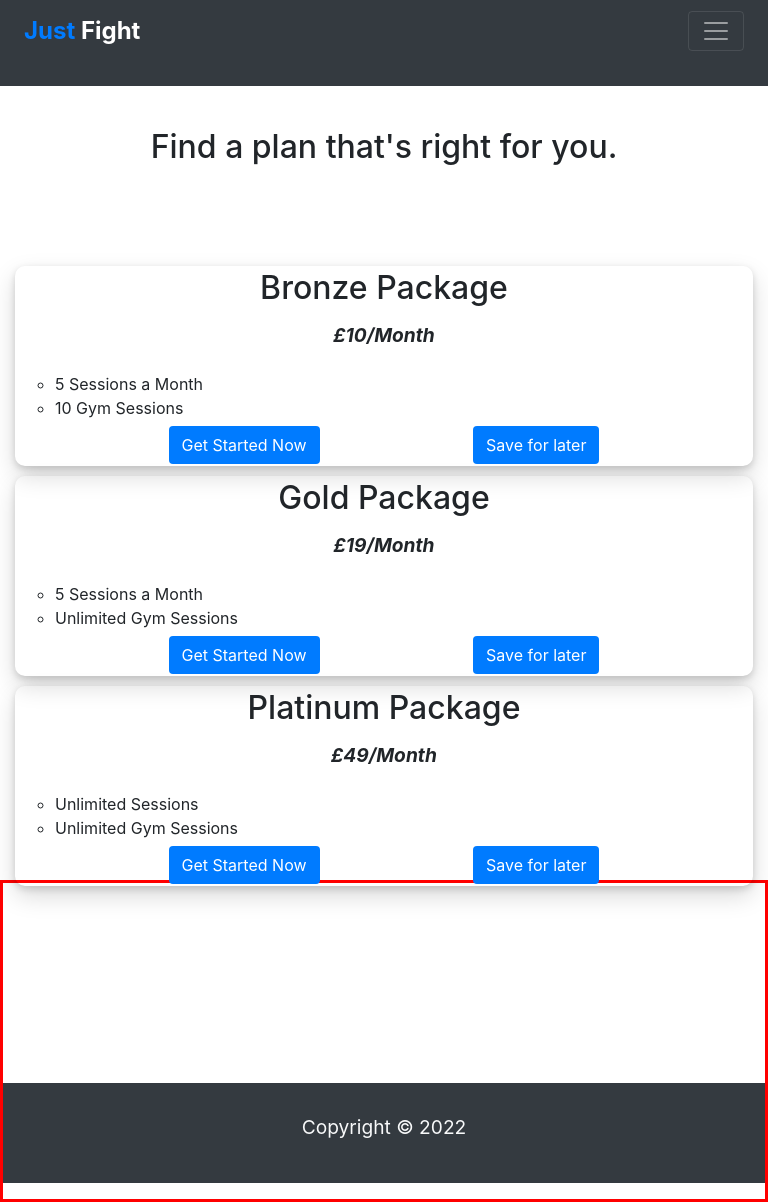
Repository: IonPara/Just-Fight
Page: plans.html
An editor plug-in stored every save of this project. The page is shown before and after the next save, followed by the edit.
The browser window is 768 px wide. The pictures show the whole page.
Some web libraries are served in a nearby version.

Above is the page before, as saved 2023-03-13 16:46:49.

### plans.html
<!DOCTYPE html>
<html lang="en">

<head>
  <meta charset="utf-8">
  <meta name="viewport" content="width=device-width, initial-scale=1.0">
  <title>Join Club</title>
  <link href="./Styles/plans.css" rel="stylesheet" type="text/css">
  <!-- Bootstrap link -->
  <link rel="stylesheet" href="https://cdn.jsdelivr.net/npm/bootstrap@4.2.1/dist/css/bootstrap.min.css"
    integrity="sha384-GJzZqFGwb1QTTN6wy59ffF1BuGJpLSa9DkKMp0DgiMDm4iYMj70gZWKYbI706tWS" crossorigin="anonymous">
</head>

<body>
  <header>
    <!-- ------------Nav bar ------------------------>
    <nav class="navbar navbar-expand-lg navbar-dark bg-dark fixed-top">
      <div class="container pb-4">
        <a class="navbar-brand " id="brand" href="./index.html"><span class="text-primary">Just </span> Fight</a>
        <button class="navbar-toggler" type="button" data-toggle="collapse" data-target="#navbarSupportedContent"
          aria-controls="navbarSupportedContent" aria-expanded="false" aria-label="Toggle navigation">
          <span class="navbar-toggler-icon"></span>
        </button>
      </div>

      <div class="collapse navbar-collapse" id="navbarSupportedContent">
        <ul class="navbar-nav justify-content-end">
          <li class="nav-item">
            <a class="nav-link" href="./index.html">Home</a>
          </li>
          <li class="nav-item">
            <a class="nav-link" href="./index.html#ourClasses">Classes</a>
          </li>
          <li class="nav-item">
            <a class="nav-link" href="./index.html#openingHours">Opening</a>
          </li>
          <li class="nav-item">
            <a class="nav-link" href="./index.html#coaches">Coaches</a>
          </li>
          <li class="nav-item">
            <a class="nav-link" href="./index.html#contact">Contact</a>
          </li>
          <li class="nav-item">
            <a class="nav-link" href="./about.html">About</a>
          </li>
          <li class="nav-item">
            <a class="nav-link" href="./review.html">Review</a>
          </li>

        </ul>
      </div>
    </nav>
  </header>

  <!-- Plans -->
  <div class="plans-container  d-flex flex-column jusify-between">

    <section class="pricing-table">
      <div class="head text-center">
        <h1 class="plans-title pt-5">Find a plan that's right for you.</h1>
      </div>
      <!-- First Box -->
      <div class="mt-5">
        <ul class="container plans">
          <li class="package">
            <h2 class="table-header">Bronze Package</h2>
            <p class="pricing text-center">£10/Month</p>
            <ul class="table-option">
              <li>5 Sessions a Month</li>
              <li>10 Gym Sessions</li>
            </ul>

            <div class="d-flex buttons-container">
              <button type="button" class="btn  bg-primary text-white">Get Started Now</button>
              <button type="button" class="bronze btn bg-primary text-white save-for-later">Save for later</button>
            </div>
          </li>

          <!-- Second -->
          <li class="package ">
            <h2 class="table-header">Gold Package</h2>
            <p class="pricing text-center">£19/Month</p>
            <ul class="table-option">
              <li>5 Sessions a Month</li>
              <li>Unlimited Gym Sessions</li>
            </ul>

            <div class="d-flex buttons-container">
              <button type="button" class=" btn  bg-primary text-white">Get Started Now</button>
              <button type="button" class=" gold btn bg-primary text-white save-for-later">Save for later</button>
            </div>
          </li>

          <!-- Third Box -->
          <li class="package ">
            <h2 class="table-header">Platinum Package</h2>
            <p class="pricing text-center">£49/Month</p>
            <ul class="options">
              <li>Unlimited Sessions</li>
              <li>Unlimited Gym Sessions</li>
            </ul>

            <div class="d-flex buttons-container">
              <button type="button" class="btn  bg-primary text-white">Get Started Now</button>
              <button type="button" class=" platinum btn bg-primary text-white save-for-later">Save for later</button>
            </div>
          </li>

        </ul>
      </div>
    </section>
  </div>
  <!-- Footer -->
  <div class="footer-container">
    <footer class="bg-dark plans-footer text-center text-light ">
      <p>Copyright &copy; 2022</p>
    </footer>
  </div>
  <script defer src="./Js/plans.js"></script>
  <script src="https://code.jquery.com/jquery-3.3.1.slim.min.js"
    integrity="sha384-q8i/X+965DzO0rT7abK41JStQIAqVgRVzpbzo5smXKp4YfRvH+8abtTE1Pi6jizo"
    crossorigin="anonymous"></script>
  <script src="https://cdn.jsdelivr.net/npm/popper.js@1.14.6/dist/umd/popper.min.js"
    integrity="sha384-wHAiFfRlMFy6i5SRaxvfOCifBUQy1xHdJ/yoi7FRNXMRBu5WHdZYu1hA6ZOblgut"
    crossorigin="anonymous"></script>
  <script src="https://cdn.jsdelivr.net/npm/bootstrap@4.2.1/dist/js/bootstrap.min.js"
    integrity="sha384-B0UglyR+jN6CkvvICOB2joaf5I4l3gm9GU6Hc1og6Ls7i6U/mkkaduKaBhlAXv9k"
    crossorigin="anonymous"></script>
  <script src="https://unpkg.com/swup@latest/dist/swup.min.js"></script>
</body>

</html>

### Styles/plans.css

#brand {
  font-size: 1.5rem;
  font-weight: bolder;
}

.container {
  display: flex;
  justify-content: space-around;
  list-style: none;
}

.plans {
  margin-top: 100px;
  min-width: 100%;
  flex-wrap: wrap;
}

 .pricing-table {
  margin-top: 5rem;
  min-height: 100dvh;
}

/* ------------Package boxes ----------------*/
.package {
  box-shadow: 0 10px 25px 0 rgb(0 0 0 / 15%), 0 3px 7px 0 rgb(0 0 0 / 15%);
  width: 280px;
  height: 300px;
  display: flex;
  flex-direction: column;
  justify-content: space-around;
  border-radius: 10px;

}

h2 {
  text-align: center;
}

.package .pricing {
  font-size: larger;
  font-weight: bold;
  font-style: italic;
}

.package:hover {
  -webkit-transform: scale(0.5);
   transform: scale(1.05);
}

/*----------------- Footer---------------------- */
footer p {
  padding: 30px;
  font-size: larger;
  height: 100px;
}


.plans-container {
  display: flex;
  justify-content: space-between;
}

.buttons-container {
  justify-content: space-evenly;
}

/* Media Screen */
@media screen and (max-width:768px) {

  .plans-title {
    font-size: 2rem;
  }
  .container {
    display: block;
  }

  .package {
    margin-top: 10px;
    width: 100%;
    height: 200px;
  }

  .pricing-table {
    height: 90vh;
  }

  .plans-footer {
    margin-top: 200px;
    margin-bottom: none !important;
  }

  .footer-container {
    border: solid red;
  }

}

### Js/plans.js

// Select all of the buttons
const saveBtn = document.querySelectorAll('.save-for-later');

let bronze = true;
let gold = true;
let platinum = true;

// Create an event listener for each button
saveBtn.forEach(element => {
    element.addEventListener('click', (event) => {
        const package = event.target.classList[0];

        // Create a function that will set the items from the local storage to true
            // It will take 2 arguments "string" and "item"
            // If the first class name of the event's target is equal "string"
            // Find it on localStorage and set equal to "item"
        const setItems = (string, item) => {
            if(package === string) {
                localStorage.setItem(package, JSON.stringify(item))
            }
        }

        // Called the function with all 3 values
        setItems('bronze', bronze);
        setItems('gold', gold);
        setItems('platinum', platinum);

        // Create an alert that the package was successfully added
        alert('The package was successfully saved!')
    })
});

After the next save:
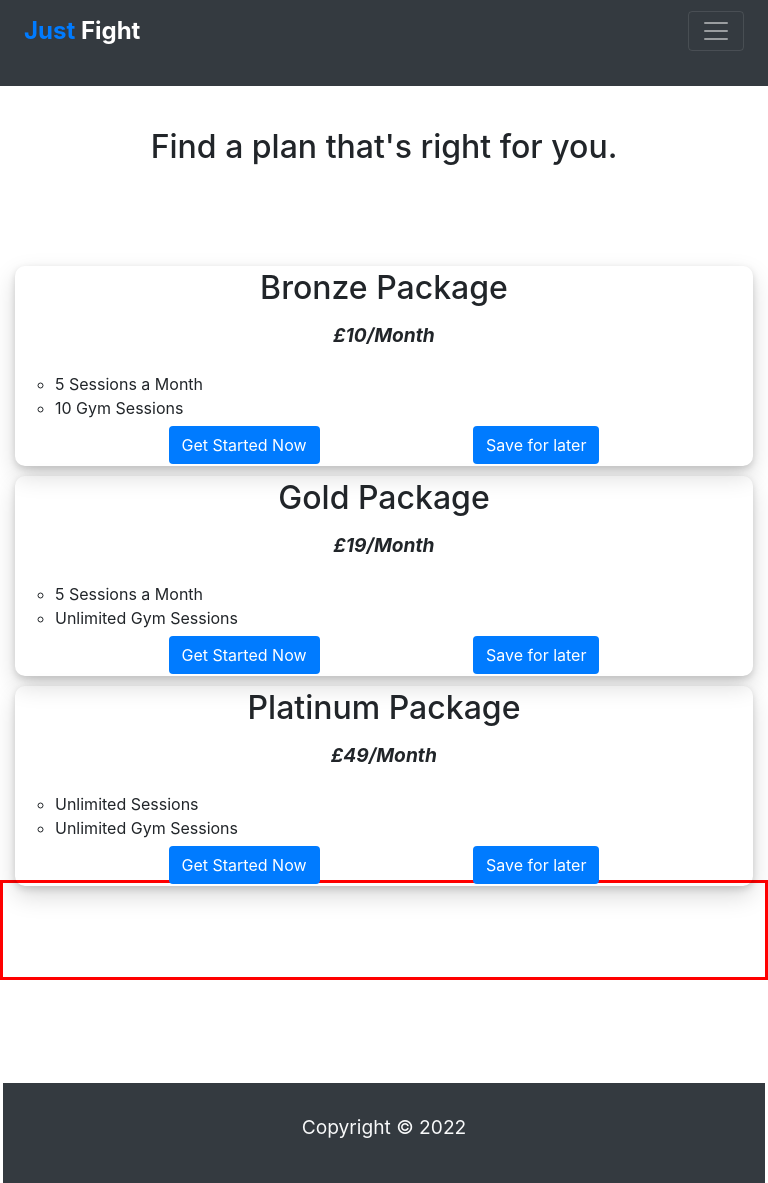
Saved 28 s later.
--- a/Styles/plans.css
+++ b/Styles/plans.css
@@ -92,6 +92,7 @@ footer p {
 
   .footer-container {
     border: solid red;
+    max-height: 100px;
   }
 
 }
